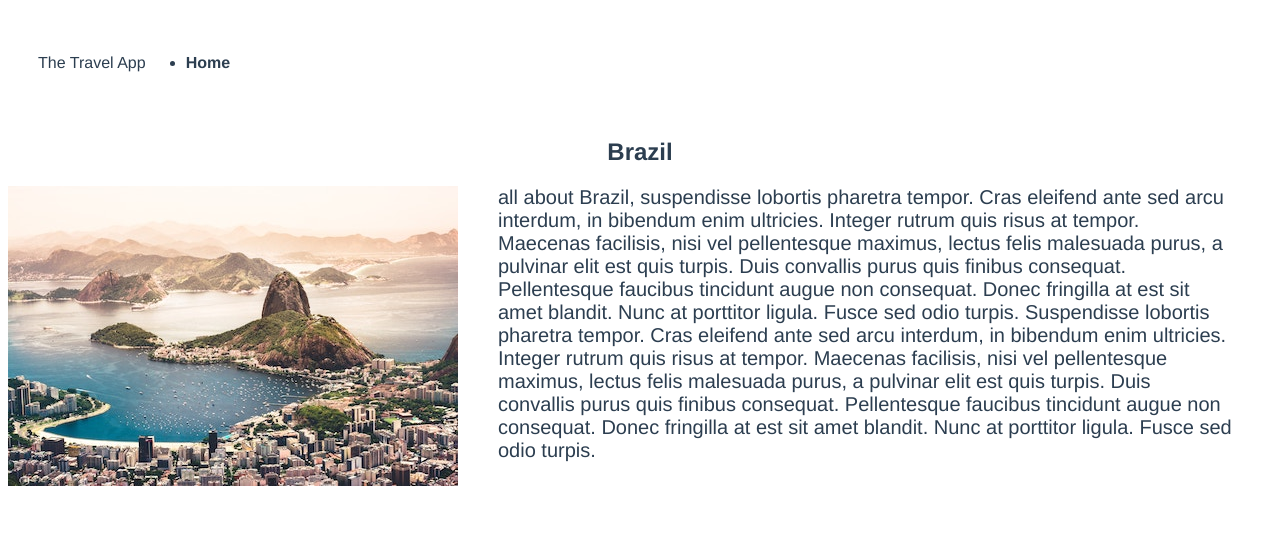
Repository: June-Hall/MiniTravelApp
Page: /#/details/1
The author's editor kept a copy of each file at every save. The page is drawn from the files as they stood at one save, then again after the next save.
The browser window is 1280 px wide. The pictures show the whole page.
The project was rebuilt for these pictures with package versions that can differ from the ones it lists, and the page was loaded fresh each time. Also part of the build but not shown: vue.config.js, src/views/HomeView.vue.

Above is the page before, as saved 2023-03-30 14:36:10.

After the next save:
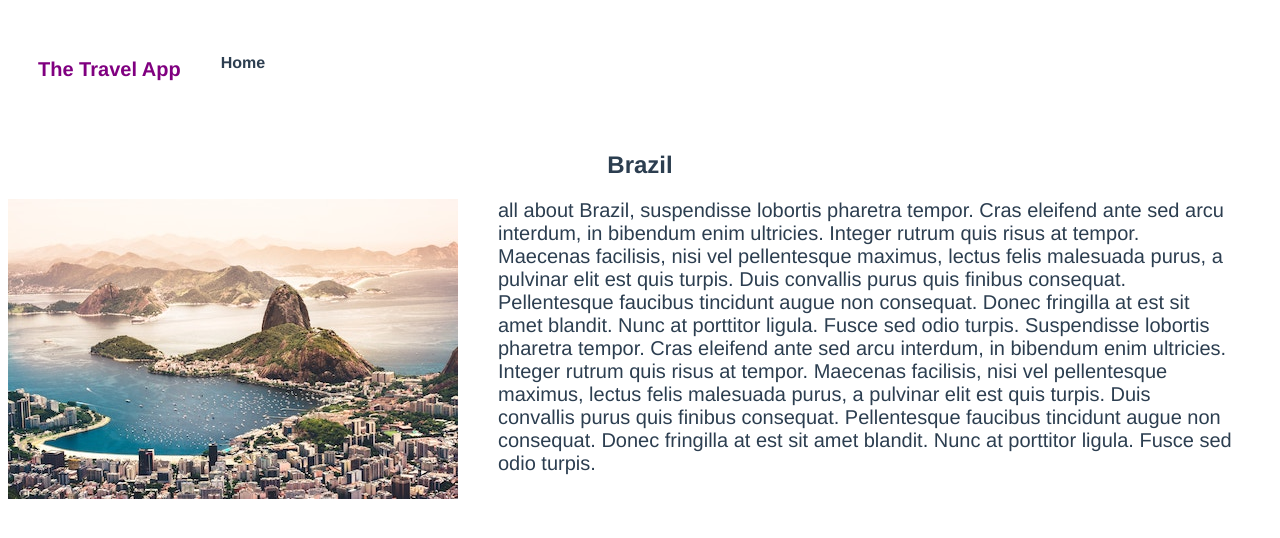
Saved 85 s later.
--- a/src/components/TheNavigation.vue
+++ b/src/components/TheNavigation.vue
@@ -52,4 +52,21 @@ export default {
   color: #ab26ab;
 }
 
+.nav-links {
+  display: flex;
+}
+.links {
+  padding-right: 20px;
+  list-style: none;
+}
+
+.link:hover {
+  text-decoratioin: underline;
+}
+
+.logo {
+  font-size: 20px;
+  color: purple;
+  font-weight: bold;
+}
 </style>
